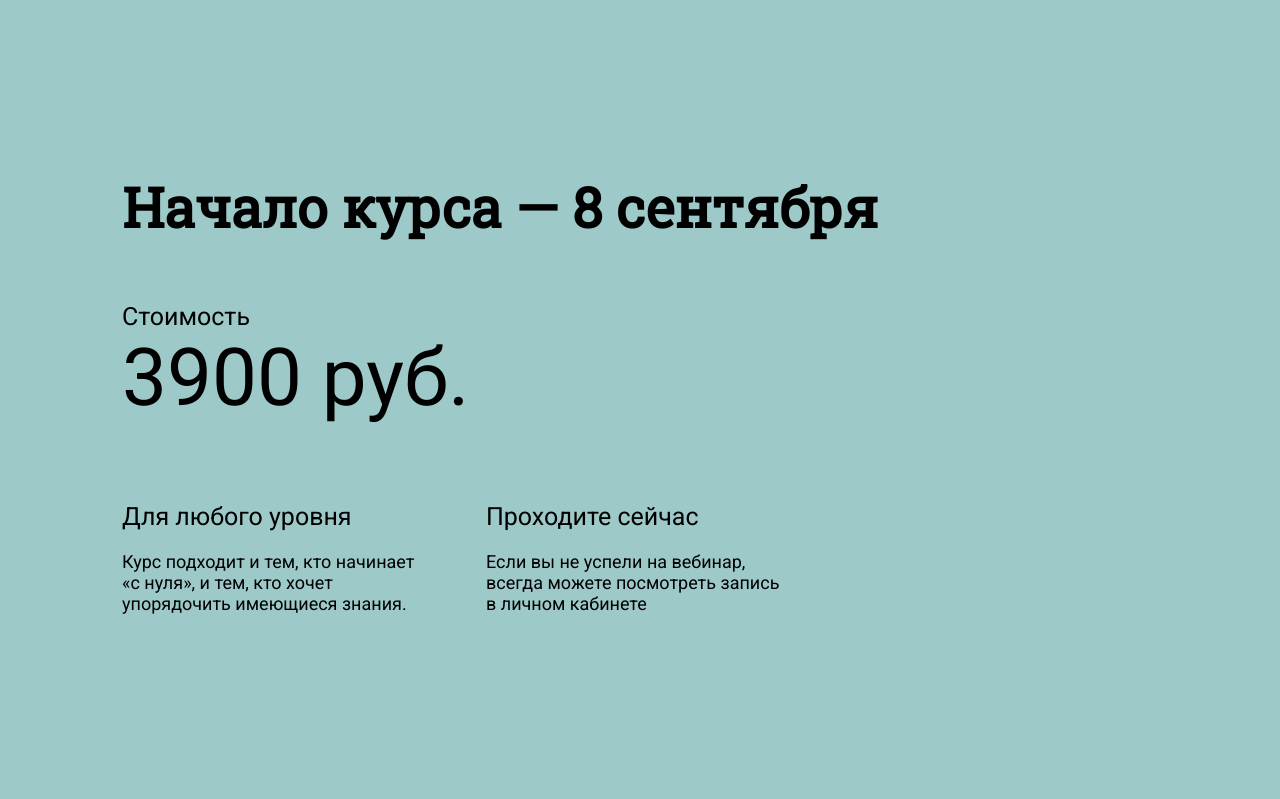
Repository: NatiqSamiyev/fiqma-task3
Page: index.html
The author's editor kept a copy of each file at every save. The page is drawn from the files as they stood at one save, then again after the next save.
The browser window is 1280 px wide. The pictures show the whole page.

Above is the page before, as saved 2023-08-09 13:21:56.

### index.html
<!DOCTYPE html>
<html lang="en">
  <head>
    <meta charset="UTF-8" />
    <meta name="viewport" content="width=device-width, initial-scale=1.0" />
    <link rel="stylesheet" href="index.css" />
    <title>Document</title>
  </head>
  <body>
    <div class="container">
      <h1>Начало курса — 8 сентября</h1>
      <h2>Стоимость</h2>
      <h3>3900 руб.</h3>
      <ul>
        <li>
          <h4>Для любого уровня</h4>
          <p>
            Курс подходит и тем, кто начинает «с нуля», и тем, кто хочет
            упорядочить имеющиеся знания.
          </p>
        </li>

        <li>
          <h4>Проходите сейчас</h4>
          <p>
            Если вы не успели на вебинар, всегда можете посмотреть запись в
            личном кабинете
          </p>
        </li>
      </ul>

    </div>
  </body>
</html>

### index.css
@import url("https://fonts.googleapis.com/css2?family=Roboto+Slab&family=Roboto:wght@400;700&display=swap");
* {
  margin: 0;
  padding: 0;
  box-sizing: border-box;
}

.container {
  width: 100%;
  min-height: 100vh;
  padding: 179px 0 185px 122px;
  background: #9dc9c8;
}

.container h1 {
  margin-bottom: 69px;
  color: #000;
  font-family: Roboto Slab;
  font-size: 55px;
  font-style: normal;
  font-weight: 700;
  line-height: 101.385%;
}

.container h2 {
  margin-bottom: 9px;
  color: #000;
  font-family: Roboto;
  font-size: 25px;
  font-style: normal;
  font-weight: 400;
  line-height: 101.385%;
}

.container h3 {
  color: #000;
  font-family: Roboto;
  font-size: 80px;
  font-style: normal;
  font-weight: 400;
  line-height: 101.385%;
}

.container ul {
  display: flex;
  text-decoration: none;
}

.container ul li {
  padding: 83px 70px 0 0px;
  list-style-type: none;
}

.container h4 {
  margin-bottom: 20px;
  font-family: Roboto;
  font-size: 25px;
  font-style: normal;
  font-weight: 400;
}

.container p {
  width: 294px;
  font-family: Roboto;
  font-size: 18px;
  font-style: normal;
  font-weight: 400;
}

After the next save:
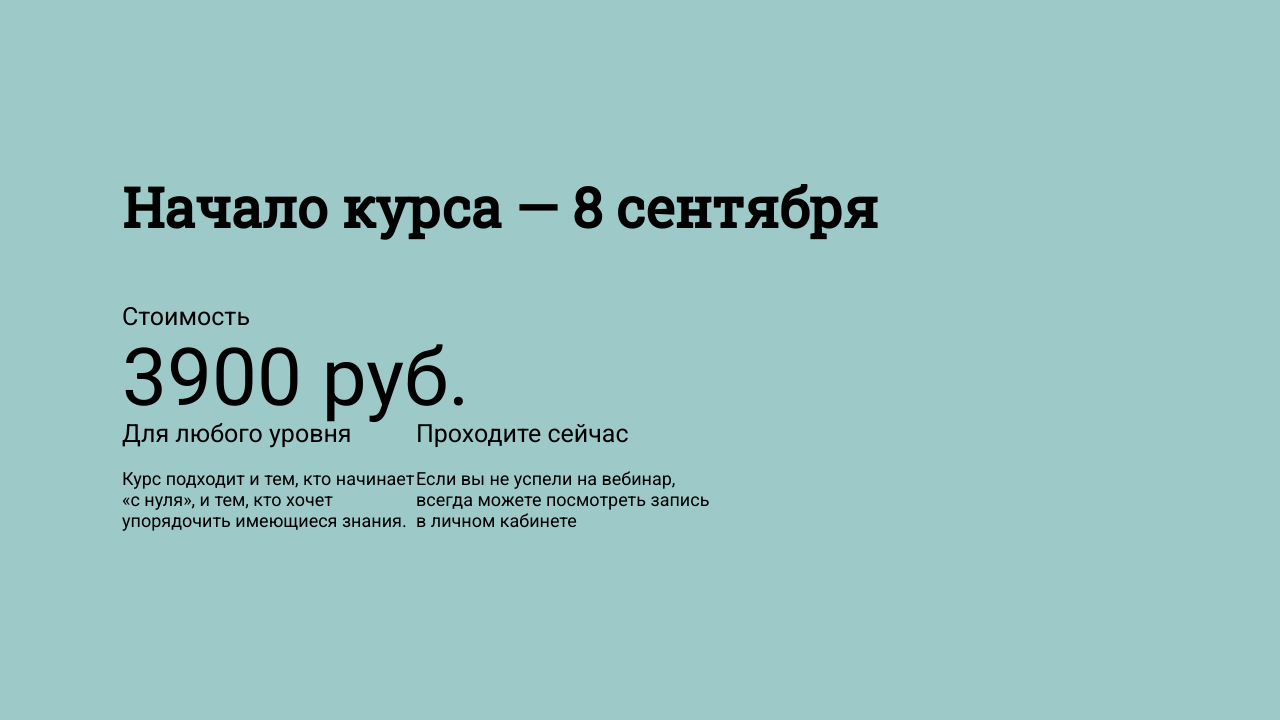
Saved 18 s later.
--- a/index.css
+++ b/index.css
@@ -47,7 +47,7 @@
 }
 
 .container ul li {
-  padding: 83px 70px 0 0px;
+  /* padding: 83px 70px 0 0px; */
   list-style-type: none;
 }
 
